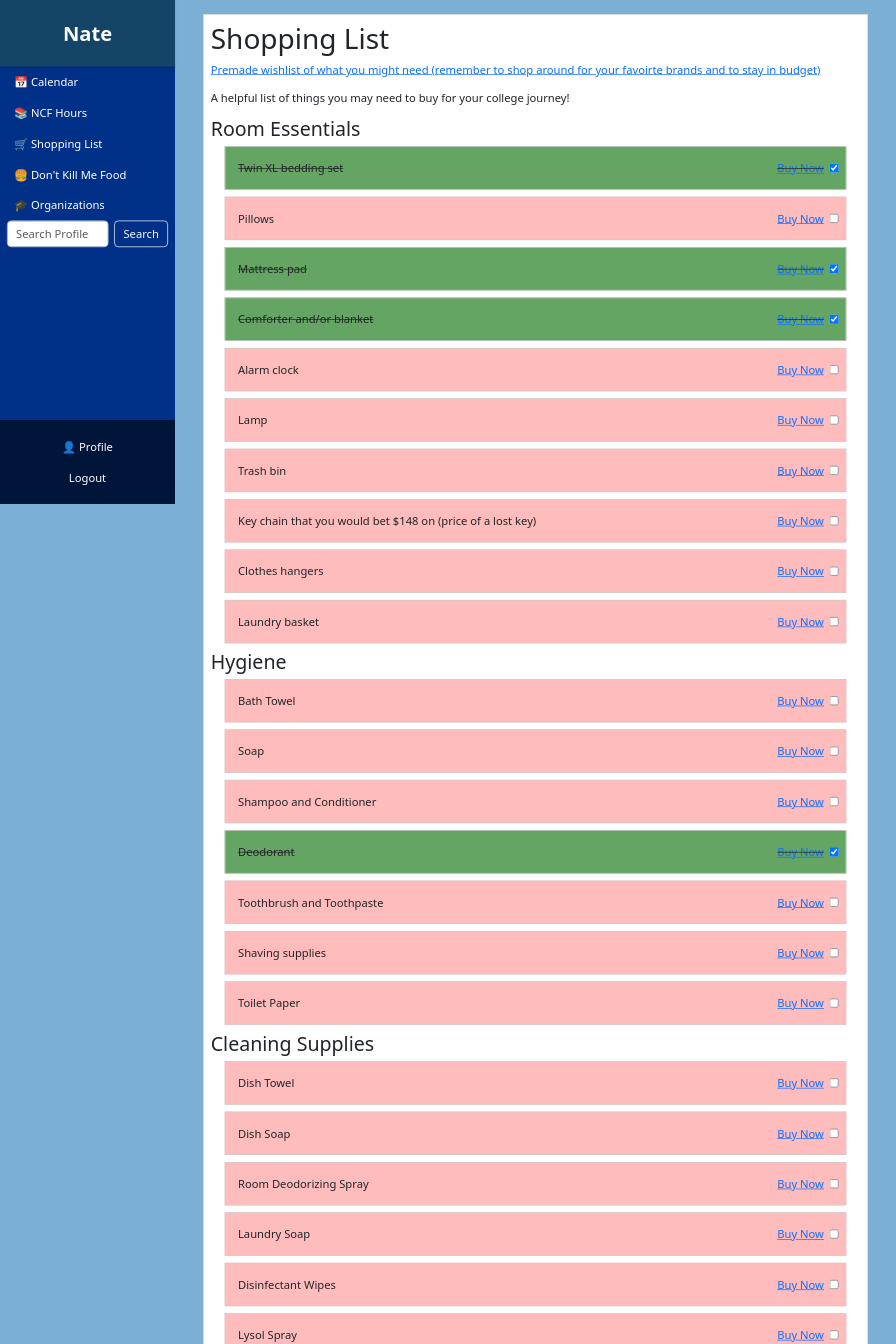
Repository: NateClarkTech/SoftwareEngineeringProject2
Page: http://localhost/shoppinglist/
These files come from the project's save history. The page is drawn as it stood at one moment and after the next save; the edit follows.
The browser window is 1280 px wide. The pictures show the part of the page from y = 0 to 1920 px (the page is 4171 px tall), at 70% of full size.
The page is served by the project's application, run on Django 5.2 (manage.py). The first stored user is signed in. The page reads the database file committed with the project.

Above is the page before, as saved 2024-03-12 17:49:39.

After the next save:
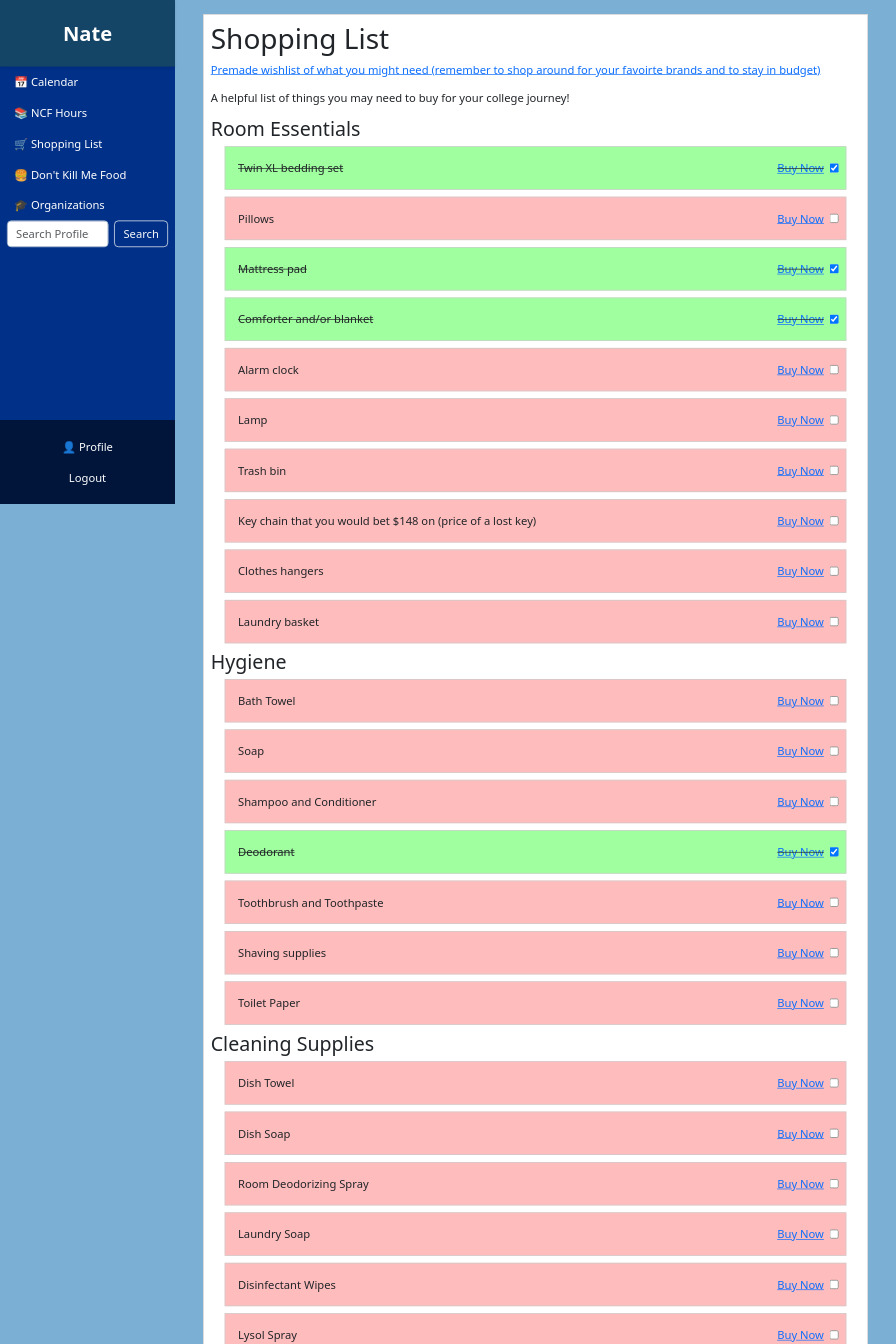
Saved 9 s later.
--- a/ShoppingList/templates/shoppinglist.html
+++ b/ShoppingList/templates/shoppinglist.html
@@ -17,7 +17,7 @@
 
     .checked {
         text-decoration: line-through;
-        background-color: #65a564;
+        background-color: #a0ff9e;
     }
 
     .not-checked {
